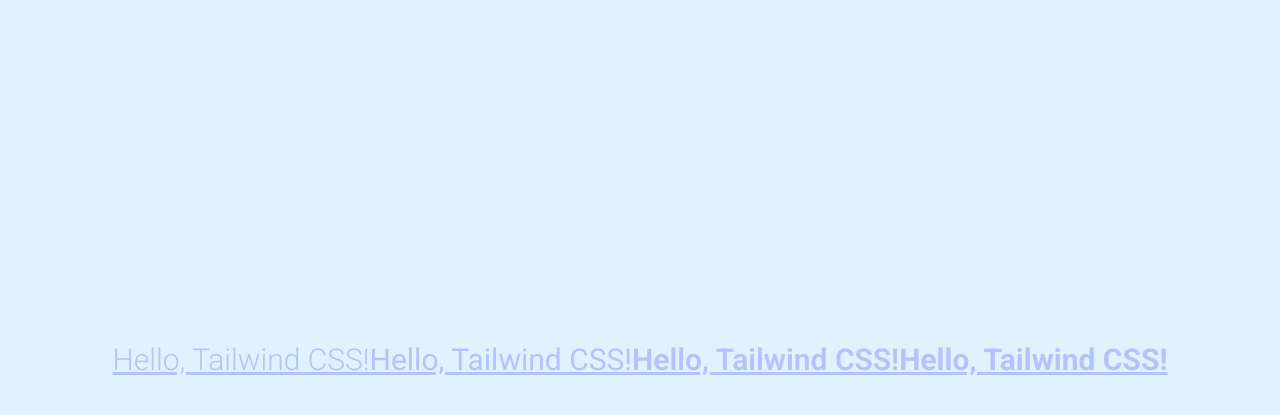
Repository: EclipticCode/Audit-Ease-FE
Page: /
These files come from the project's save history. The page is drawn as it stood at one moment and after a run of saves; the edit follows.
The browser window is 1280 px wide. The pictures show the whole page.
The project was rebuilt for these pictures with package versions that can differ from the ones it lists, and the page was loaded fresh each time. Also part of the build but not shown: vite.config.js.

Above is the page before, as saved 2025-03-27 17:59:55.

### src/main.jsx
import React from "react";
import ReactDOM from "react-dom/client";
import App from "./App";
import "./index.css"; // Ensure Tailwind styles are imported

ReactDOM.createRoot(document.getElementById("root")).render(
  <React.StrictMode>
    <App />
  </React.StrictMode>
);

### src/App.jsx
import React from 'react'

const App = () => {
  return (
    <div className="flex items-center justify-center h-screen bg-sky-100">
    <h1 className="text-3xl font-light underline font-roboto text-soft-blue">Hello, Tailwind CSS!</h1>
    <h1 className="text-3xl font-normal underline font-roboto text-soft-blue">Hello, Tailwind CSS!</h1>
    <h1 className="text-3xl font-semibold underline font-roboto text-soft-blue">Hello, Tailwind CSS!</h1>
    <h1 className="text-3xl font-bold underline font-roboto text-soft-blue">Hello, Tailwind CSS!</h1>
  </div>
  )
}

export default App

### src/index.css
@import url('https://fonts.googleapis.com/css2?family=Roboto:ital,wght@0,100..900;1,100..900&display=swap');

@import "tailwindcss";

@theme {
  --font-roboto: "Roboto", sans-serif;
  --font-weight-light: 300;
  --font-weight-normal: 400;
  --font-weight-medium: 500;
  --font-weight-semibold: 600;
  --font-weight-bold: 700;
  --color-soft-blue: #B2C4FB;
  --color-light-blue: #053ADA;
  --color-dark-blue: #032691;
  --color-deep-blue: #021655;

}

Loaded but not shown: index.html (common file)

After the next 4 saves:
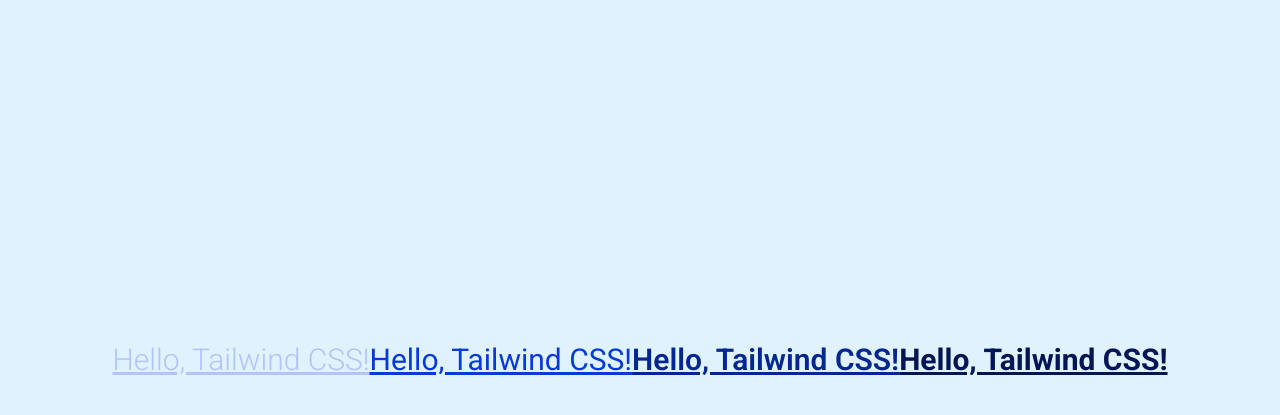
The 4 saves are shown as one change because they came seconds apart.
The last was saved 12 s later.
--- a/src/App.jsx
+++ b/src/App.jsx
@@ -4,9 +4,9 @@
   return (
     <div className="flex items-center justify-center h-screen bg-sky-100">
     <h1 className="text-3xl font-light underline font-roboto text-soft-blue">Hello, Tailwind CSS!</h1>
-    <h1 className="text-3xl font-normal underline font-roboto text-soft-blue">Hello, Tailwind CSS!</h1>
-    <h1 className="text-3xl font-semibold underline font-roboto text-soft-blue">Hello, Tailwind CSS!</h1>
-    <h1 className="text-3xl font-bold underline font-roboto text-soft-blue">Hello, Tailwind CSS!</h1>
+    <h1 className="text-3xl font-normal underline font-roboto text-light-blue">Hello, Tailwind CSS!</h1>
+    <h1 className="text-3xl font-semibold underline font-roboto text-dark-blue">Hello, Tailwind CSS!</h1>
+    <h1 className="text-3xl font-bold underline font-roboto text-deep-blue">Hello, Tailwind CSS!</h1>
   </div>
   )
 }
